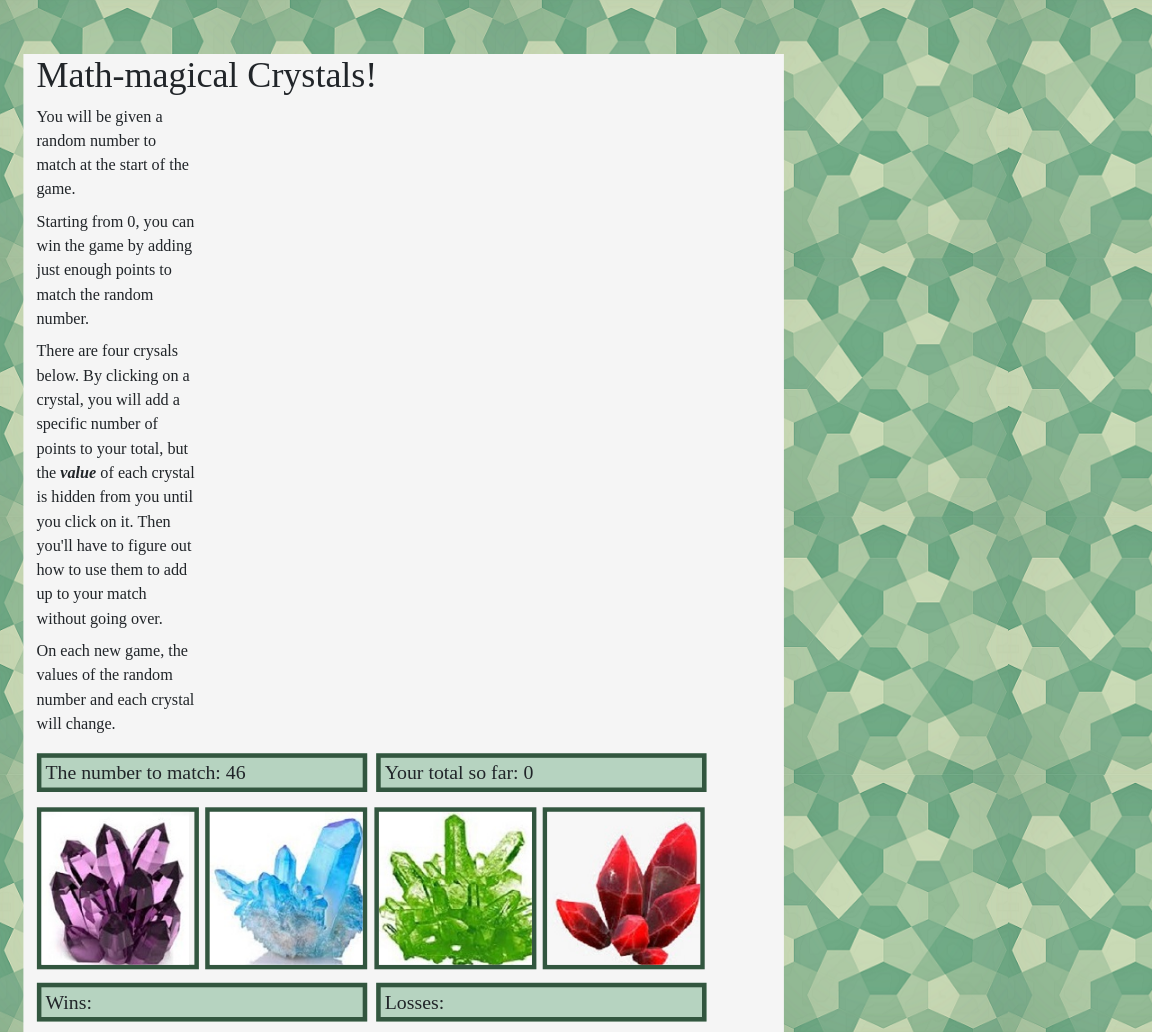
Repository: dsaftler/unit-4-game
Page: index.html
An editor plug-in stored every save of this project. The page is shown before and after the next save, followed by the edit.
The browser window is 1280 px wide. The pictures show the whole page, at 90% of full size.
Some web fonts or font styles are not loaded; a fallback is used.

Above is the page before, as saved 2019-04-06 23:04:03.

After the next save:
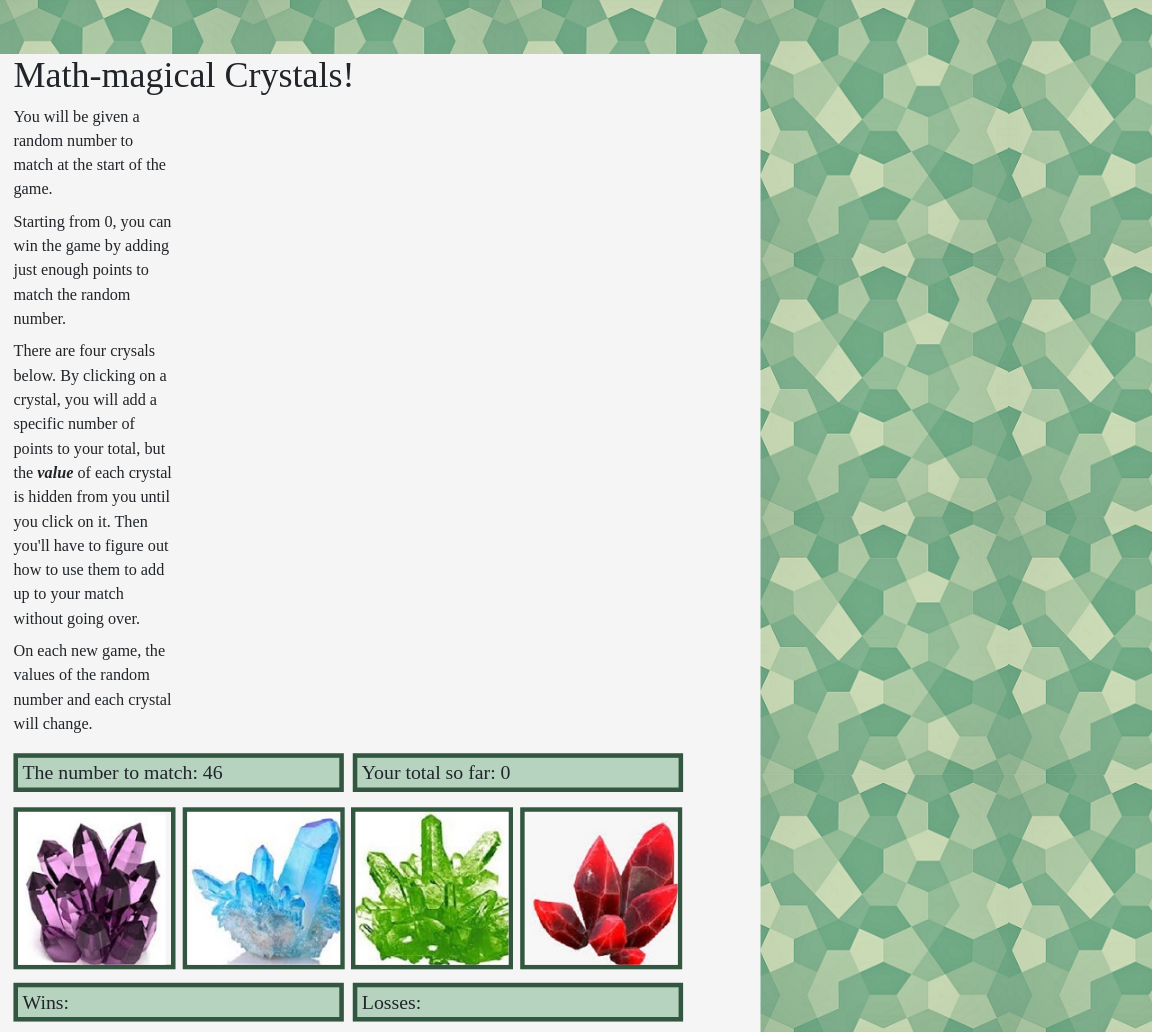
Saved 51 s later.
--- a/assets/css/style.css
+++ b/assets/css/style.css
@@ -5,7 +5,7 @@ body {
 height: 100%;
 background-image: url("../images/congruent_pentagon.png");
 background-repeat: repeat;
-width: 70%;
+ max-width: 845px;
 font-family: 'BioRhyme',serif;
 font-size: 18px;
 }
@@ -17,7 +17,7 @@ p {
 }
 .container{
   background-color: whitesmoke;
-  max-width: 845px;
+
   /* padding: 40px;
   padding-left: 45px; */
   margin: auto;
